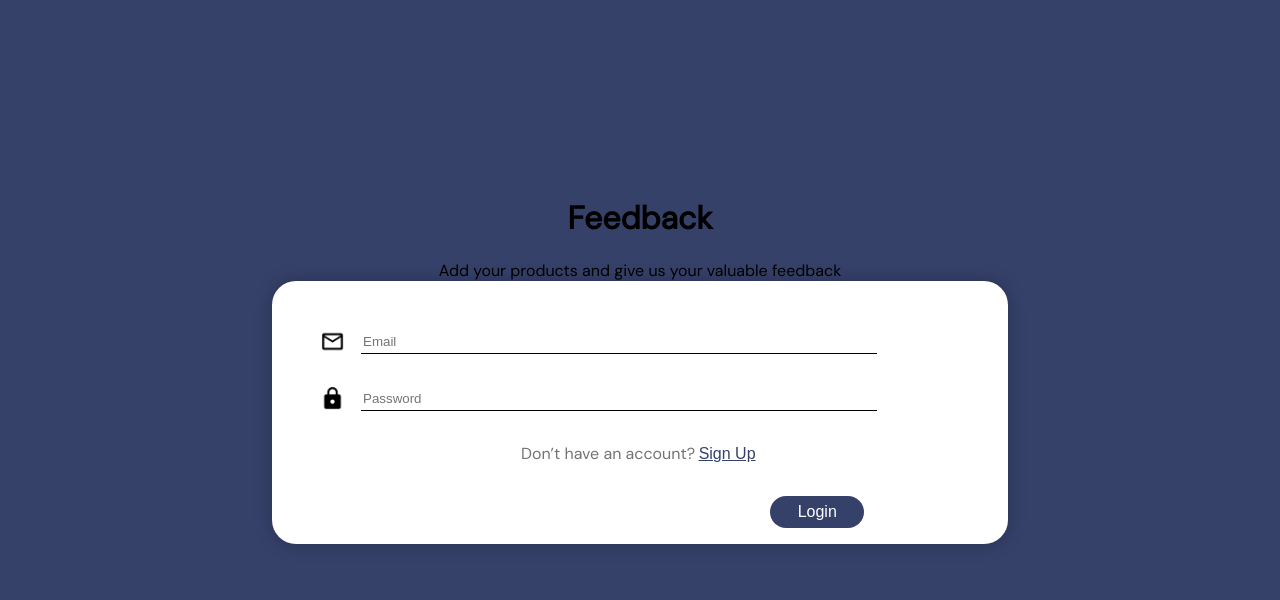
Repository: drumsmanku/final-evaluation-test
Page: /login (app in client/)
The author's editor kept a copy of each file at every save. The page is drawn from the files as they stood at one save, then again after the next save.
The browser window is 1280 px wide. The pictures show the whole page.
The project was rebuilt for these pictures with package versions that can differ from the ones it lists, and the page was loaded fresh each time. Also part of the build but not shown: client/src/Components/MainPage.js, client/src/Components/SignUp.js.

Above is the page before, as saved 2023-07-29 19:03:42.

### client/src/App.js
import './App.css';
import { BrowserRouter as Router, Route, Routes} from 'react-router-dom';
import MainPage from './Components/MainPage';
import SignUp from './Components/SignUp';
import Login from './Components/Login';
function App() {
  return (
    <div className="App">
      <Router>
        <Routes>
          <Route path='/' element={<MainPage/>}/>
          <Route path='/signup' element={<SignUp/>}/>
          <Route path='/login' element={<Login/>}/>
        </Routes>
      </Router>
    </div>
  );
}

export default App;

### client/src/Components/Login.js
import React, { useState } from 'react';
import { useNavigate } from 'react-router-dom';
import axios from 'axios';
import '../CSS/Login.css';
import email from '../Assets/email.png'
import password from '../Assets/password.png'

function Login() {
  const navigate = useNavigate();
  const [user, setUser] = useState({
    email: '',
    password: '',
  });

  const handleChange = e => {
    setUser({
      ...user,
      [e.target.name]: e.target.value
    });
  };
  const login = (event) => {
    event.preventDefault();
    axios.post('http://localhost:4000/login', user)
      .then(res => {
        localStorage.setItem('token', res.data.jwtToken);
        localStorage.setItem('user', res.data.name);
        const tokenData=localStorage.getItem('token')
        if(tokenData!=='undefined') {
          navigate('/')
        }
        else{

        }


      })
      .catch(err => console.log(err));
  };
  return (
    <div className='login-container'>
      <div className="login">
        <h1>Feedback</h1>
        <span>Add your products and give us your valuable feedback</span>
      </div>
      <form>

        <div style={{display:'flex', width:'100%', marginBottom:'2rem'}}>
          <img src={email} height={25} alt="" />
          <input type="email" name="email" value={user.email} onChange={handleChange} placeholder="Email"/>
        </div>

        <div style={{display:'flex', width:'100%', marginBottom:'2rem'}}>
          <img src={password} height={25} alt="" />
          <input type="password" name="password" value={user.password} onChange={handleChange} placeholder="Password" />
        </div>

        <span style={{color:'#737373'}}>Don’t have an account?<button style={{background:'none', color:'#36416A', fontSize:'medium', marginLeft:0, padding:0, width:'4rem', cursor:'pointer', border:'none', textDecoration:'underline'}} onClick={()=>{navigate('/signup')}}>Sign Up</button></span>

        <div style={{width:'85%', textAlign:'end'}}>
          <button className='login-button' type="submit" style={{ cursor:'pointer'}} onClick={login}>Login</button>
        </div>

      </form>
    </div>
  )
}

export default Login

### client/src/CSS/MainPage.css
@import url('https://fonts.googleapis.com/css2?family=DM+Sans&display=swap');

body{
  font-family: 'DM Sans';
}
.main-container{
  height: 100vh;
  width: 100vw;
  display: flex;
  flex-direction: column;

}
.main-top-container{
  width: 100%;
}
.btn-main-page-login{
  height: 2rem;
  width: 6rem;
  font-weight: 500;
  font-size: medium ;
  background: none;
  border: none;
  border-radius: 0.3rem;
  margin-left: 1rem;
  margin-bottom:0;
  color: white;
  font-family: 'DM Sans';
  cursor: pointer;
}
.btn-main-page-register{
  height: 2rem;
  width: 6rem;
  font-size: medium;
  font-weight: 500;
  background-color: #36416A;
  border: 2px solid white;
  border-radius: 0.3rem;
  margin-left: 1rem;
  margin-bottom:0;
  color: white;
  font-family: 'DM Sans';
  cursor: pointer;
}
.navbar{
  width: 100%;
  background-color: #36416A;
}
.title-desc{
  width: 100%;
  display: flex;
  align-items: center;
  justify-content: space-around;

}
.bottom-left{
  width: 20%;
  display: flex;
  flex-direction: column;
  align-items: center;
  margin-left: 2rem;

}
.bottom-right{
  width: 75%;
}
.main-bottom-container{
  width:100%;
  display: flex;
}
.bottom-top-right{
  width: 98%;
  display: flex;
  justify-content: space-between;
  border: 3px solid #36416A59;
  padding: 0.7rem;
  border-radius: 0.5rem;

}
.add-product-button{
  height: 2rem;
  font-size: medium;
  font-weight: 500;
  background-color: #36416A;
  border:none;
  border-radius: 0.3rem;
  margin-left: 1rem;
  margin-bottom:0;
  color: white;
  font-family: 'DM Sans';
  cursor: pointer;
  padding-left: 1em;
  padding-right: 1em;
}
.product-cards{
  width: 100%;
  display: flex;
  padding-top: 2rem;
  flex-direction: column;
}
.card-main-info{
  width: 100%;
  display: flex;
  flex-direction: column;
}
.comments-button{
  color: #ABABAB;
  border: none;
  outline: none;
  background: none;
  font-size: small;
  letter-spacing: 0.1rem;
  display:flex;
  align-items: center;
  cursor: pointer;
}
.upvotes{
  width: 10%;
  background-color: brown;
  display: flex;
  flex-direction: column;
  align-items: center;
}

### client/src/CSS/SignUp.css

.signup-container{
  width: 100vw;
  height: 100vh;
  display: flex;
  flex-direction: column;
  justify-content: center;
  align-items: center;
  background-color: #36416A;
}
.headings{
  color: white;
  margin-bottom: 2rem;
}
.signup-container form{
  width: 50%;
  display: flex;
  flex-direction: column;
  background-color: white;
  padding: 3rem;
  padding-bottom: 1rem;
  box-shadow: 0 0 17px #00000040;
  border-radius: 1.5rem;
}
.signup-container input[type='text'], [type='password'], [type='email']{
  border-bottom: 1px solid black;
  width: 80%;
  margin-left: 1rem;
  border-top: none;
  border-left: none;
  border-right: none;
}
.signup-button{
  padding-left: 1.7rem;
  padding-right: 1.7rem;
  color: white;
  height: 2rem;
  font-size: medium;
  border-radius: 1rem;
  border: none;
  background-color: #36416A;
  margin-top: 2rem;
}

### client/src/CSS/Login.css

.login-container{
  width: 100vw;
  height: 100vh;
  display: flex;
  flex-direction: column;
  justify-content: center;
  align-items: center;
  background-color: #36416A;
}
.login-headings{
  color: white;
  margin-bottom: 2rem;
}
.login-container form{
  width: 50%;
  display: flex;
  flex-direction: column;
  background-color: white;
  padding: 3rem;
  padding-bottom: 1rem;
  box-shadow: 0 0 17px #00000040;
  border-radius: 1.5rem;
}
.login-container input[type='text'], [type='password'], [type='email']{
  border-bottom: 1px solid black;
  width: 80%;
  margin-left: 1rem;
  border-top: none;
  border-left: none;
  border-right: none;
}
.login-button{
  padding-left: 1.7rem;
  padding-right: 1.7rem;
  color: white;
  height: 2rem;
  font-size: medium;
  border-radius: 1rem;
  border: none;
  background-color: #36416A;
  margin-top: 2rem;
}

Loaded but not shown: client/public/index.html (common file); client/src/index.js (common file); client/src/index.css (common file); client/src/App.css (common file)

After the next save:
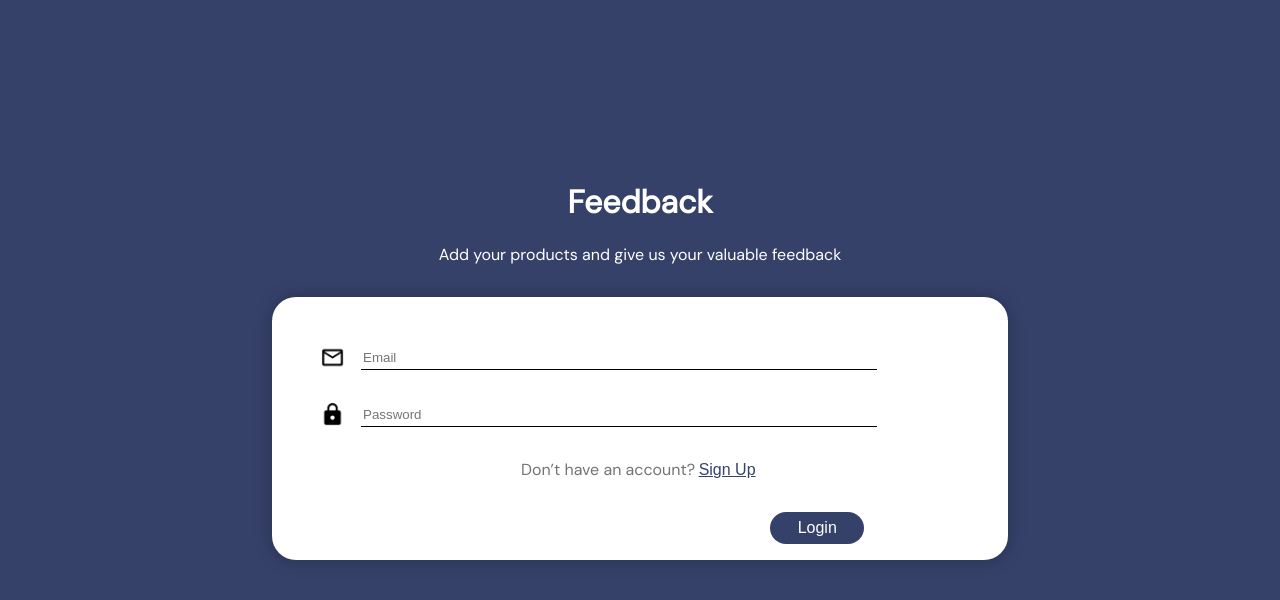
Saved 49 s later.
--- a/client/src/Components/Login.js
+++ b/client/src/Components/Login.js
@@ -38,7 +38,7 @@ function Login() {
   };
   return (
     <div className='login-container'>
-      <div className="login">
+      <div className="login-headings">
         <h1>Feedback</h1>
         <span>Add your products and give us your valuable feedback</span>
       </div>
